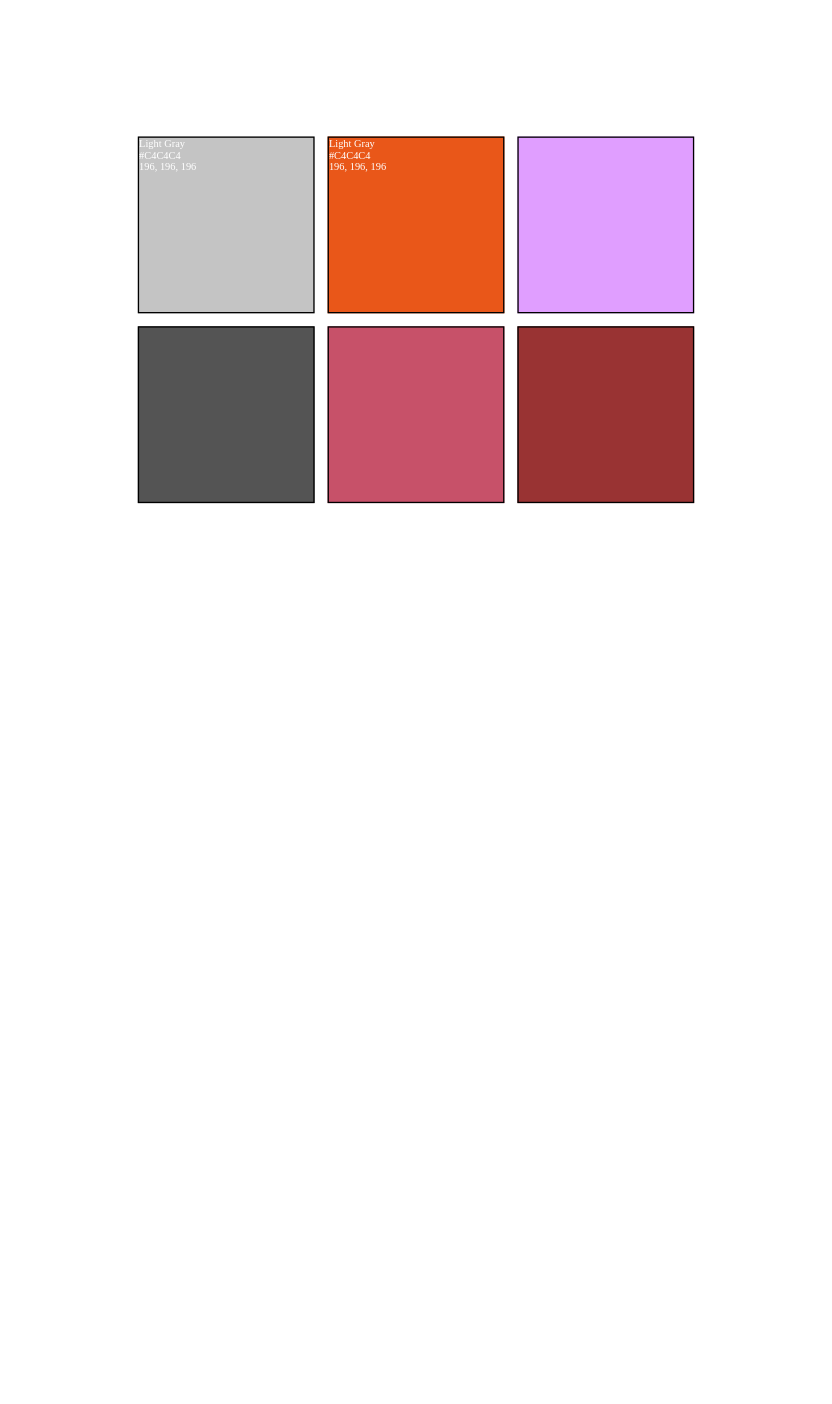
Repository: Levic559/bird-styleguide
Page: color/index.html
An editor plug-in stored every save of this project. The page is shown before and after the next save, followed by the edit.
The browser window is 1280 px wide. The pictures show the whole page, at 65% of full size.

Above is the page before, as saved 2021-03-22 02:08:12.

### color/index.html
<!DOCTYPE html>
<html>
    <head>
        <title>
            Colour Palette
        </title>
        <link rel="preconnect" href="https://fonts.gstatic.com">
        <link href="https://fonts.googleapis.com/css2?family=Archivo:wght@700&family=Roboto:wght@400;700&display=swap" rel="stylesheet">
        <link href="style.css" rel="stylesheet">
    </head>

    <body>
        <div class="main">
            <!--6 colours container-->
            <div class="colors">
                <div class = row>
                    <div class="cell lightgray">
                        <span>Light Gray</span>
                        <span>#C4C4C4</span>
                        <span>196, 196, 196</span>
                    </div>
                    <div class="cell orange">
                        <span>Light Gray</span>
                        <span>#C4C4C4</span>
                        <span>196, 196, 196</span>
                    </div>
                    <div class="cell pink">

                    </div>
                </div>
                <div class = row>
                    <div class="cell darkgray"></div>
                    <div class="cell red"></div>
                    <div class="cell maroon"></div>
                </div>
            </div>

            <div class="colortext">

            </div>
        </div>
    </body>
</html>

### color/style.css
body {
    margin: 0px;
    padding: 0px;
}

.main {
    width: 100vw;
    height: 300vh;
    display: flex;
    flex-direction: column;
    justify-content: flex-start;
    align-items: center;
}

.colors {
    display: flex;
    flex-direction: column;
    margin-top: 200px;
}

.row {
    display: flex;
    flex-direction: row;
}

.cell {
    display: flex;
    flex-direction: column;
    border: black 2px solid;
    margin: 10px;
    min-height: 268px;
    min-width: 268px;
}

.cell > span {
    color: white;
}

.lightgray {
    background-color: #C4C4C4;
}
.orange {
    background-color: #E95719;
}
.pink {
    background-color: #E09EFF;
}
.darkgray {
    background-color: #545454;
}
.red {
    background-color: #C75169;
}
.maroon {
    background-color: #993333;
}

After the next save:
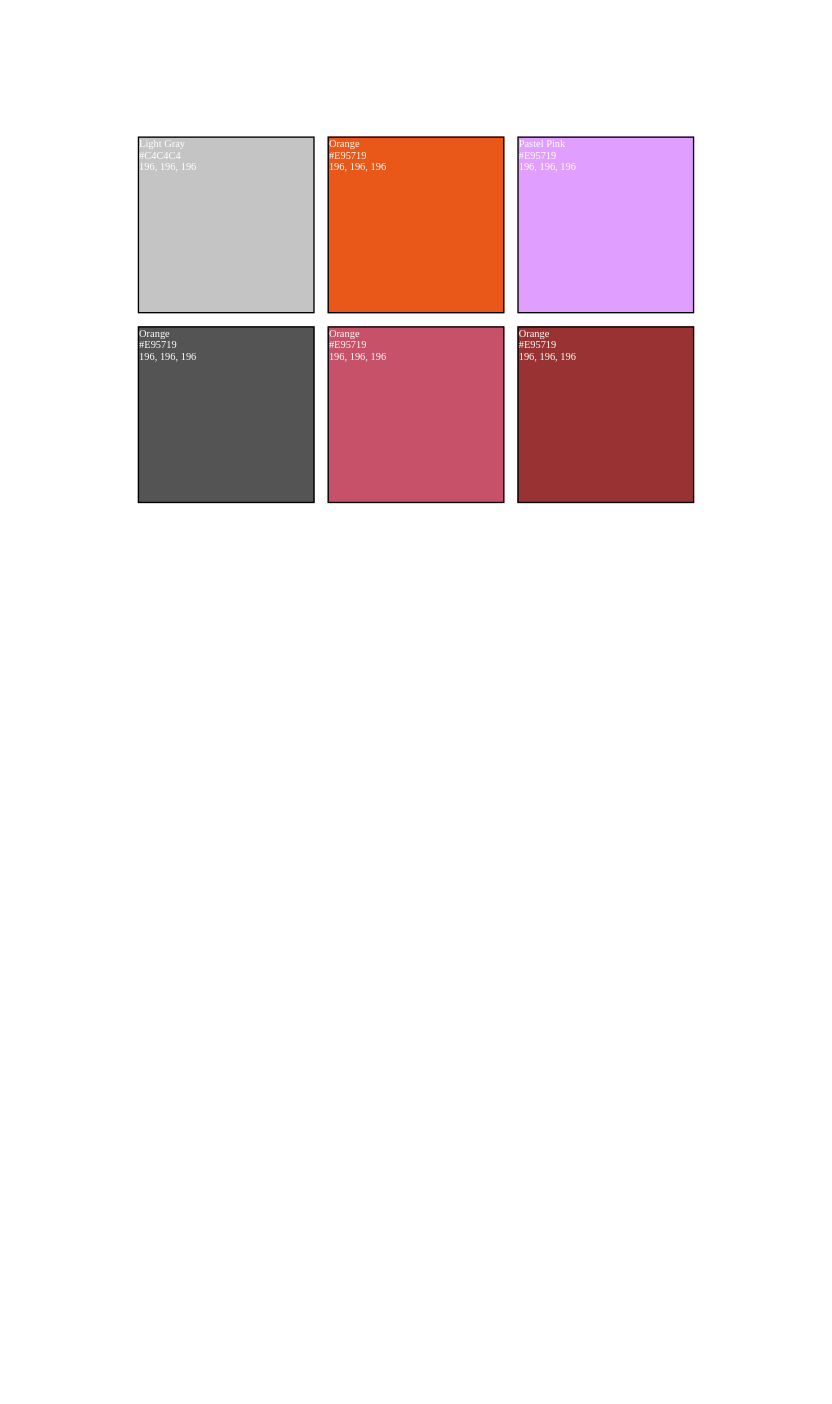
Saved 49 s later.
--- a/color/index.html
+++ b/color/index.html
@@ -20,18 +20,32 @@
                         <span>196, 196, 196</span>
                     </div>
                     <div class="cell orange">
-                        <span>Light Gray</span>
-                        <span>#C4C4C4</span>
+                        <span>Orange</span>
+                        <span>#E95719</span>
                         <span>196, 196, 196</span>
                     </div>
                     <div class="cell pink">
-
+                        <span>Pastel Pink</span>
+                        <span>#E95719</span>
+                        <span>196, 196, 196</span>
                     </div>
                 </div>
                 <div class = row>
-                    <div class="cell darkgray"></div>
-                    <div class="cell red"></div>
-                    <div class="cell maroon"></div>
+                    <div class="cell darkgray">
+                        <span>Orange</span>
+                        <span>#E95719</span>
+                        <span>196, 196, 196</span>
+                    </div>
+                    <div class="cell red">
+                        <span>Orange</span>
+                        <span>#E95719</span>
+                        <span>196, 196, 196</span>
+                    </div>
+                    <div class="cell maroon">
+                        <span>Orange</span>
+                        <span>#E95719</span>
+                        <span>196, 196, 196</span>
+                    </div>
                 </div>
             </div>
 
